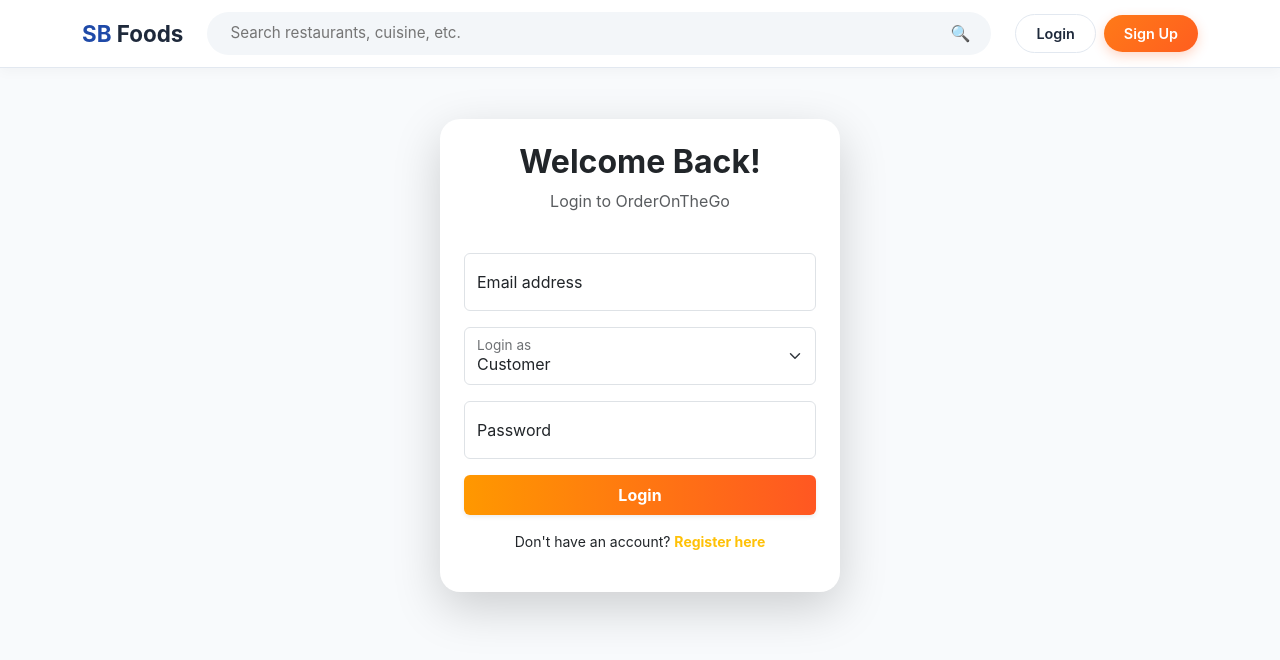
Repository: sriya2004/OrderOnTheGo
Page: /restaurant (app in Order_On_The_Go-main/client/)
The author's editor kept a copy of each file at every save. The page is drawn from the files as they stood at one save, then again after the next save.
The browser window is 1280 px wide. The pictures show the whole page.
The project was rebuilt for these pictures with package versions that can differ from the ones it lists, and the page was loaded fresh each time. Also part of the build but not shown: Order_On_The_Go-main/client/vite.config.js, Order_On_The_Go-main/client/src/components/Register.jsx, Order_On_The_Go-main/client/src/components/PaymentModule.jsx, Order_On_The_Go-main/client/src/pages/customer/Cart.jsx, Order_On_The_Go-main/client/src/pages/customer/MyOrders.jsx, Order_On_The_Go-main/client/src/pages/customer/UserDashboard.jsx, Order_On_The_Go-main/client/src/pages/customer/UserProfile.jsx, Order_On_The_Go-main/client/src/pages/restaurant/RestaurantDashboard.jsx and 5 more.

Above is the page before, as saved 2026-02-18 16:54:29.

### Order_On_The_Go-main/client/index.html
<!doctype html>
<html lang="en">
  <head>
    <meta charset="UTF-8" />
    <link rel="icon" type="image/svg+xml" href="/vite.svg" />
    <link href="https://cdn.jsdelivr.net/npm/bootstrap@5.3.0/dist/css/bootstrap.min.css" rel="stylesheet">
    <link rel="preconnect" href="https://fonts.googleapis.com">
    <link rel="preconnect" href="https://fonts.gstatic.com" crossorigin>
    <link href="https://fonts.googleapis.com/css2?family=Manrope:wght@300;400;600;700;800&family=Space+Grotesk:wght@400;500;600;700&display=swap" rel="stylesheet">
    <script src="https://checkout.razorpay.com/v1/checkout.js"></script>
    <meta name="viewport" content="width=device-width, initial-scale=1.0" />

    <title>client</title>
  </head>
  <body>
    <div id="root"></div>
    <script type="module" src="/src/main.jsx"></script>
  </body>
</html>

### Order_On_The_Go-main/client/src/main.jsx
import React from "react";
import ReactDOM from "react-dom/client";
import App from "./App";
import "./App.css";

ReactDOM.createRoot(document.getElementById("root")).render(
  <React.StrictMode>
    <App />
  </React.StrictMode>
);

### Order_On_The_Go-main/client/src/App.jsx
import { BrowserRouter, Route, Routes } from "react-router-dom";
import Footer from "./components/Footer";
import Login from "./components/Login";
import Navbar from "./components/Navbar";
import ProtectedRoute from "./components/ProtectedRoute";
import Register from "./components/Register";

/* CUSTOMER PAGES */
import Cart from "./pages/customer/Cart";
import MyOrders from "./pages/customer/MyOrders";
import UserDashboard from "./pages/customer/UserDashboard";
import UserProfile from "./pages/customer/UserProfile";

/* RESTAURANT PAGE */
import RestaurantDashboard from "./pages/restaurant/RestaurantDashboard";

/* ADMIN PAGES */
import AdminDashboard from "./pages/admin/AdminDashboard";
import AllOrders from "./pages/admin/AllOrders";
import AllProducts from "./pages/admin/AllProducts";
import AllRestaurants from "./pages/admin/AllRestaurants";
import AllUsers from "./pages/admin/AllUsers";

function App() {
  return (
    <BrowserRouter>
      <Navbar />

      <Routes>
        {/* AUTH */}
        <Route path="/" element={<Login />} />
        <Route path="/login" element={<Login />} />
        <Route path="/register" element={<Register />} />

        {/* ================= USER ROUTES ================= */}
        <Route
          path="/user"
          element={
            <ProtectedRoute role="user">
              <UserDashboard />
            </ProtectedRoute>
          }
        />

        <Route
          path="/cart"
          element={
            <ProtectedRoute role="user">
              <Cart />
            </ProtectedRoute>
          }
        />

        <Route
          path="/orders"
          element={
            <ProtectedRoute role="user">
              <MyOrders />
            </ProtectedRoute>
          }
        />

        <Route
          path="/profile"
          element={
            <ProtectedRoute role="user">
              <UserProfile />
            </ProtectedRoute>
          }
        />

        {/* ================= RESTAURANT ROUTES ================= */}
        <Route
          path="/restaurant"
          element={
            <ProtectedRoute role="restaurant">
              <RestaurantDashboard />
            </ProtectedRoute>
          }
        />

        {/* ================= ADMIN ROUTES ================= */}
        <Route
          path="/admin"
          element={
            <ProtectedRoute role="admin">
              <AdminDashboard />
            </ProtectedRoute>
          }
        />

        <Route
          path="/admin/users"
          element={
            <ProtectedRoute role="admin">
              <AllUsers />
            </ProtectedRoute>
          }
        />

        <Route
          path="/admin/restaurants"
          element={
            <ProtectedRoute role="admin">
              <AllRestaurants />
            </ProtectedRoute>
          }
        />

        <Route
          path="/admin/orders"
          element={
            <ProtectedRoute role="admin">
              <AllOrders />
            </ProtectedRoute>
          }
        />

        <Route
          path="/admin/products"
          element={
            <ProtectedRoute role="admin">
              <AllProducts />
            </ProtectedRoute>
          }
        />
      </Routes>

      <Footer />
    </BrowserRouter>
  );
}

export default App;

### Order_On_The_Go-main/client/src/components/Footer.jsx
function Footer() {
	return (
		null
	);
}

export default Footer;

### Order_On_The_Go-main/client/src/components/Login.jsx
import { useState } from "react";
import API from "../api/api";
import { useNavigate, Link } from "react-router-dom";

function Login() {
  const [email, setEmail] = useState("");
  const [password, setPassword] = useState("");
  const [role, setRole] = useState("user");
  const [error, setError] = useState("");
  const navigate = useNavigate();

  const handleLogin = async (e) => {
    e.preventDefault();
    setError("");
    try {
      const res = await API.post("/auth/login", { email, password, role });
      localStorage.setItem("token", res.data.token);
      localStorage.setItem("role", res.data.user.role);

      const userRole = res.data.user.role;
      if (userRole === "admin") navigate("/admin");
      else if (userRole === "restaurant") navigate("/restaurant");
      else navigate("/user");
    } catch (err) {
      console.error("Login error:", err);
      setError(err.response?.data?.message || err.message || "Login failed");
    }
  };

  return (
    <div className="container d-flex justify-content-center align-items-center" style={{ minHeight: "80vh" }}>
      <div className="card shadow-lg border-0 p-4" style={{ width: "100%", maxWidth: "400px", borderRadius: "20px" }}>
        <div className="text-center mb-4">
          <h2 className="fw-bold">Welcome Back!</h2>
          <p className="text-muted">Login to OrderOnTheGo</p>
        </div>
        <form onSubmit={handleLogin}>
          <div className="form-floating mb-3">
            <input type="email" className="form-control" id="email" placeholder="name@example.com" onChange={(e) => setEmail(e.target.value)} required />
            <label htmlFor="email">Email address</label>
          </div>
          <div className="form-floating mb-3">
            <select
              className="form-select"
              id="role"
              value={role}
              onChange={(e) => setRole(e.target.value)}
            >
              <option value="user">Customer</option>
              <option value="restaurant">Restaurant</option>
              <option value="admin">Admin</option>
            </select>
            <label htmlFor="role">Login as</label>
          </div>
          <div className="form-floating mb-3">
            <input type="password" className="form-control" id="password" placeholder="Password" onChange={(e) => setPassword(e.target.value)} required />
            <label htmlFor="password">Password</label>
          </div>
          <button type="submit" className="btn btn-warning w-100 fw-bold py-2 text-white shadow-sm" style={{ background: "linear-gradient(to right, #ff9800, #ff5722)", border: "none" }}>
            Login
          </button>
          {error && <div className="text-danger text-center mt-3">{error}</div>}
        </form>
        <p className="text-center mt-3 small">
          Don't have an account? <Link to="/register" className="text-decoration-none text-warning fw-bold">Register here</Link>
        </p>
      </div>
    </div>
  );
}

export default Login;

### Order_On_The_Go-main/client/src/components/Navbar.jsx
import { Link, useNavigate } from "react-router-dom";

function Navbar() {
  const navigate = useNavigate();
  const token = localStorage.getItem("token");
  const role = localStorage.getItem("role");

  const handleLogout = () => {
    localStorage.clear();
    navigate("/");
  };

  return (
    <nav className="navbar">
      <div className="container d-flex align-items-center justify-content-between">
        {/* Brand */}
        <Link className="brand-text fw-bold" to="/">
          <span className="brand-mark">SB</span> Foods
        </Link>

        {/* Search Bar */}
        <div className="nav-search d-none d-md-flex align-items-center flex-grow-1 mx-4">
          <input type="text" placeholder="Search restaurants, cuisine, etc." />
          <span style={{ cursor: "pointer" }}>🔍</span>
        </div>

        {/* Buttons Group */}
        <div className="d-flex align-items-center gap-2">
          {!token ? (
            <>
              <Link to="/login" className="pill-btn">Login</Link>
              <Link to="/register" className="pill-btn accent">Sign Up</Link>
            </>
          ) : (
            <>
              {/* USER LINKS */}
              {role === "user" && (
                <>
                  <Link
                    to="/cart"
                    className="pill-btn d-none d-sm-block"
                  >
                    🛒 Cart
                  </Link>

                  <Link
                    to="/orders"
                    className="pill-btn d-none d-sm-block"
                  >
                    📦 My Orders
                  </Link>
                </>
              )}

              {/* ADMIN */}
              {role === "admin" && (
                <Link to="/admin" className="pill-btn">
                  Dashboard
                </Link>
              )}

              {/* RESTAURANT */}
              {role === "restaurant" && (
                <Link to="/restaurant" className="pill-btn text-primary">
                  Manage
                </Link>
              )}

              {/* LOGOUT */}
              <button
                onClick={handleLogout}
                className="pill-btn border-danger text-danger"
              >
                Logout
              </button>
            </>
          )}
        </div>
      </div>
    </nav>
  );
}

export default Navbar;

### Order_On_The_Go-main/client/src/components/ProtectedRoute.jsx
import { Navigate } from "react-router-dom";

function ProtectedRoute({ children, role }) {
  const token = localStorage.getItem("token");
  const userRole = localStorage.getItem("role");

  if (!token) return <Navigate to="/" />;
  if (role && role !== userRole) return <Navigate to="/" />;

  return children;
}

export default ProtectedRoute;

Loaded but not shown: Order_On_The_Go-main/client/src/api/api.js (15 lines, source omitted); Order_On_The_Go-main/client/src/App.css (756 lines, source omitted)

After the next save:
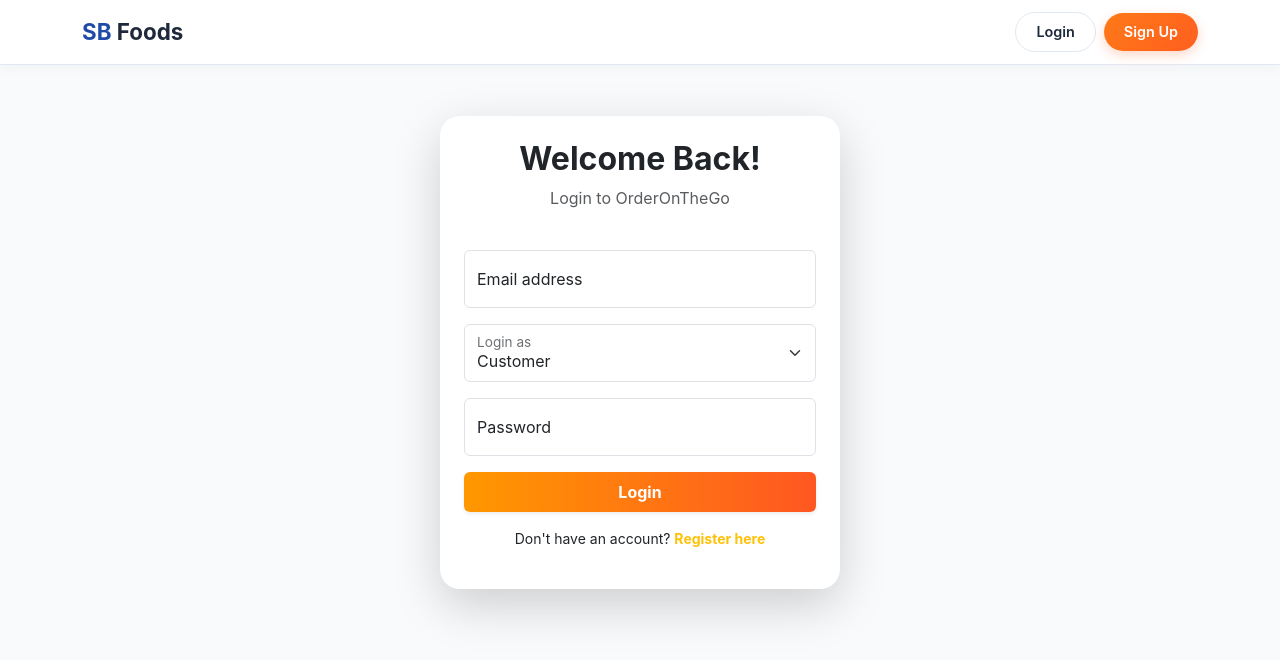
Saved 67 s later.
--- a/Order_On_The_Go-main/client/src/components/Navbar.jsx
+++ b/Order_On_The_Go-main/client/src/components/Navbar.jsx
@@ -7,46 +7,48 @@ function Navbar() {
 
   const handleLogout = () => {
     localStorage.clear();
-    navigate("/");
+    navigate("/login");
   };
 
   return (
     <nav className="navbar">
       <div className="container d-flex align-items-center justify-content-between">
-        {/* Brand */}
-        <Link className="brand-text fw-bold" to="/">
+        {/* BRAND */}
+        <Link className="brand-text fw-bold" to={token ? `/${role}` : "/"}>
           <span className="brand-mark">SB</span> Foods
         </Link>
 
-        {/* Search Bar */}
-        <div className="nav-search d-none d-md-flex align-items-center flex-grow-1 mx-4">
-          <input type="text" placeholder="Search restaurants, cuisine, etc." />
-          <span style={{ cursor: "pointer" }}>🔍</span>
-        </div>
+        {/* SEARCH BAR (only when logged in) */}
+        {token && (
+          <div className="nav-search d-none d-md-flex align-items-center flex-grow-1 mx-4">
+            <input
+              type="text"
+              placeholder="Search restaurants, cuisine, etc."
+            />
+            <span style={{ cursor: "pointer" }}>🔍</span>
+          </div>
+        )}
 
-        {/* Buttons Group */}
+        {/* ACTION BUTTONS */}
         <div className="d-flex align-items-center gap-2">
           {!token ? (
             <>
-              <Link to="/login" className="pill-btn">Login</Link>
-              <Link to="/register" className="pill-btn accent">Sign Up</Link>
+              <Link to="/login" className="pill-btn">
+                Login
+              </Link>
+              <Link to="/register" className="pill-btn accent">
+                Sign Up
+              </Link>
             </>
           ) : (
             <>
-              {/* USER LINKS */}
+              {/* USER */}
               {role === "user" && (
                 <>
-                  <Link
-                    to="/cart"
-                    className="pill-btn d-none d-sm-block"
-                  >
+                  <Link to="/cart" className="pill-btn d-none d-sm-block">
                     🛒 Cart
                   </Link>
-
-                  <Link
-                    to="/orders"
-                    className="pill-btn d-none d-sm-block"
-                  >
+                  <Link to="/orders" className="pill-btn d-none d-sm-block">
                     📦 My Orders
                   </Link>
                 </>
